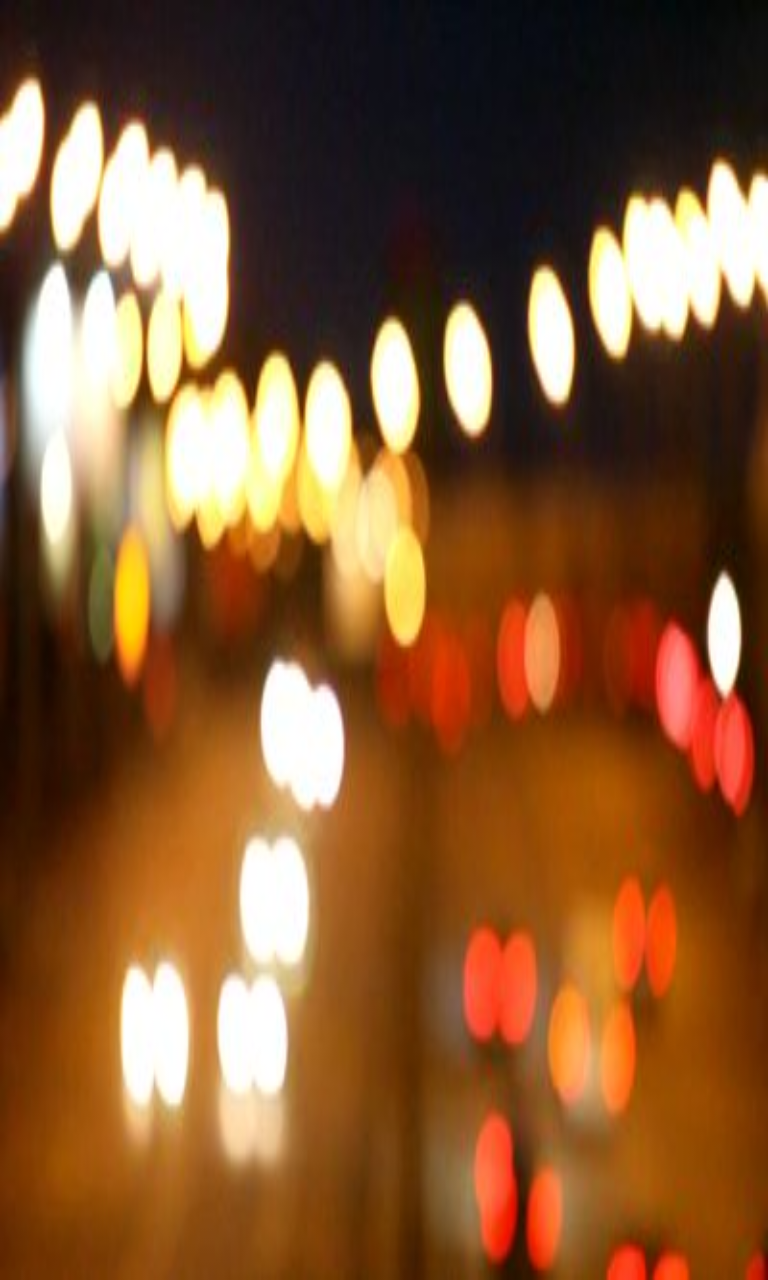
Repository: wellingtondessuy/AppLearning
Layout: HappyApp/res/layout/activity_login.xml
These files come from the project's save history. The layout is drawn as it stood at one moment and after the next save; the edit follows.
It is drawn on a 768 x 1280 px phone screen (xhdpi) without system bars, with theme AppTheme; the app's code is not run.

Above is the layout before, as saved 2015-05-22 19:01:03.

After the next save:
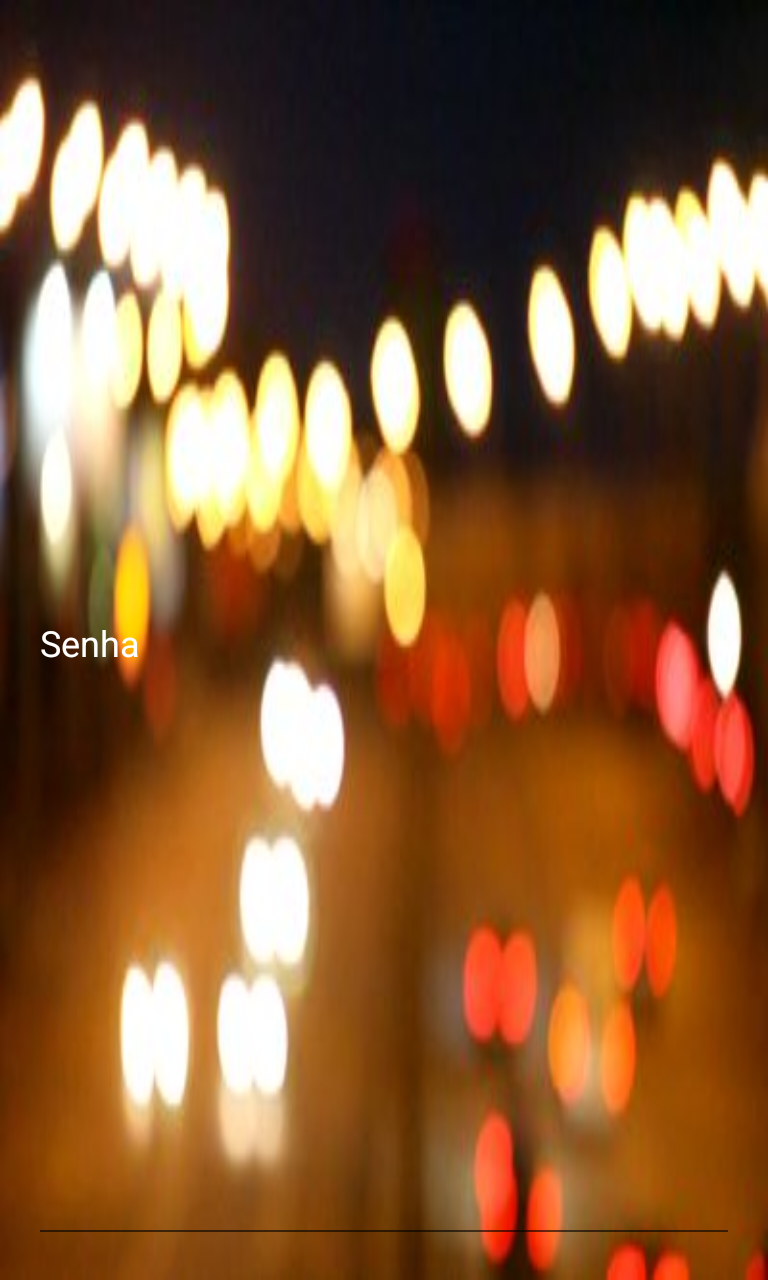
Saved 38 s later.
--- a/HappyApp/res/layout/activity_login.xml
+++ b/HappyApp/res/layout/activity_login.xml
@@ -20,6 +20,8 @@
         android:hint="@string/password"
         android:textColorHint="#FFFFFF"
         android:inputType="textPassword"
+        android:layout_width="match_parent"
+        android:layout_height="match_parent"
         />
 
 </RelativeLayout>
